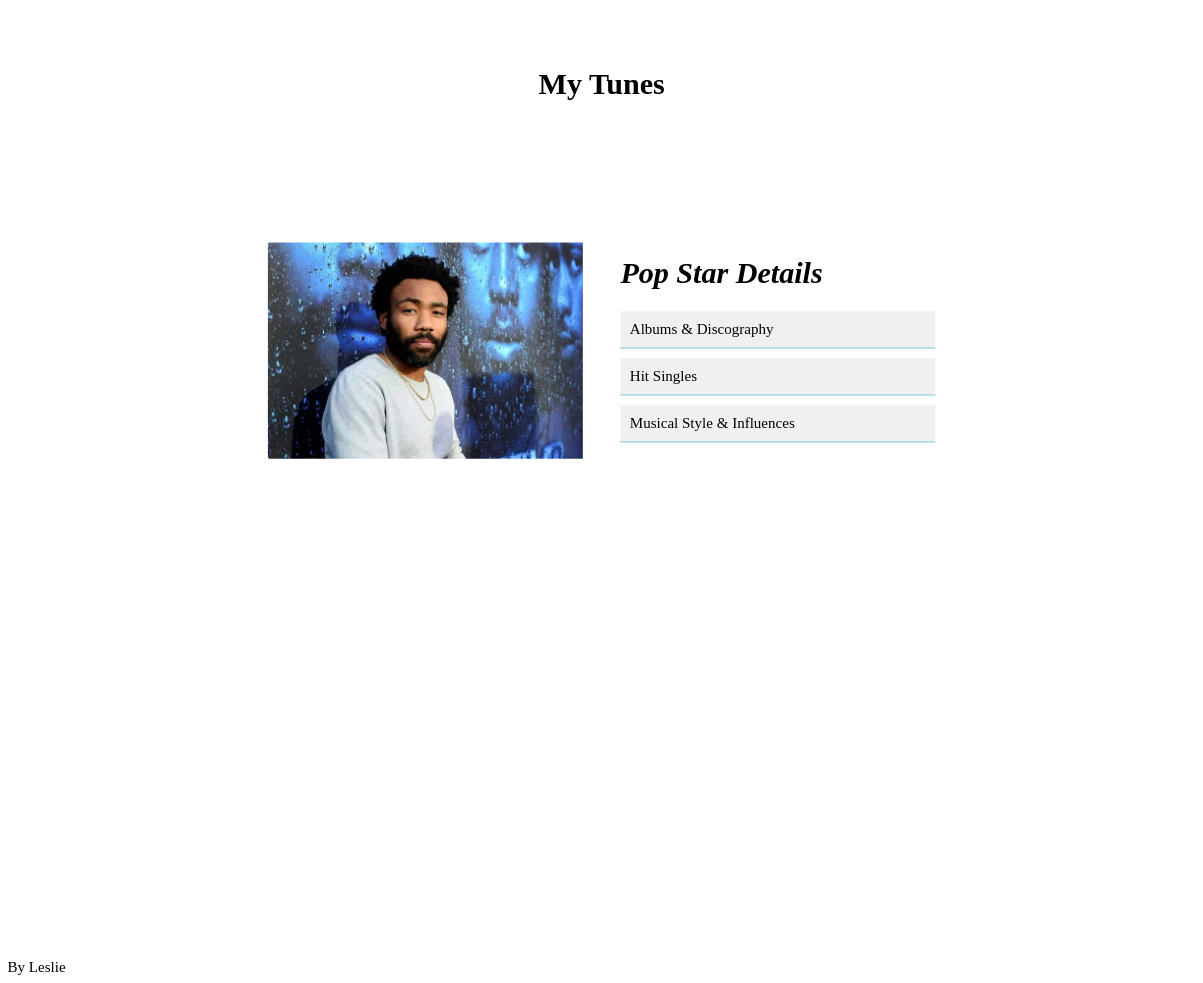
Repository: leslie179/labOne
Page: /
These files come from the project's save history. The page is drawn as it stood at one moment and after the next save; the edit follows.
The browser window is 1280 px wide. The pictures show the whole page, at 94% of full size.
The project was rebuilt for these pictures with package versions that can differ from the ones it lists, and the page was loaded fresh each time. The framework's server and built-in components were replaced by stand-ins that run in the browser. Also part of the build but not shown: next.config.js, components/Footer/Footer.module.css.

Above is the page before, as saved 2024-09-15 22:40:49.

After the next save:
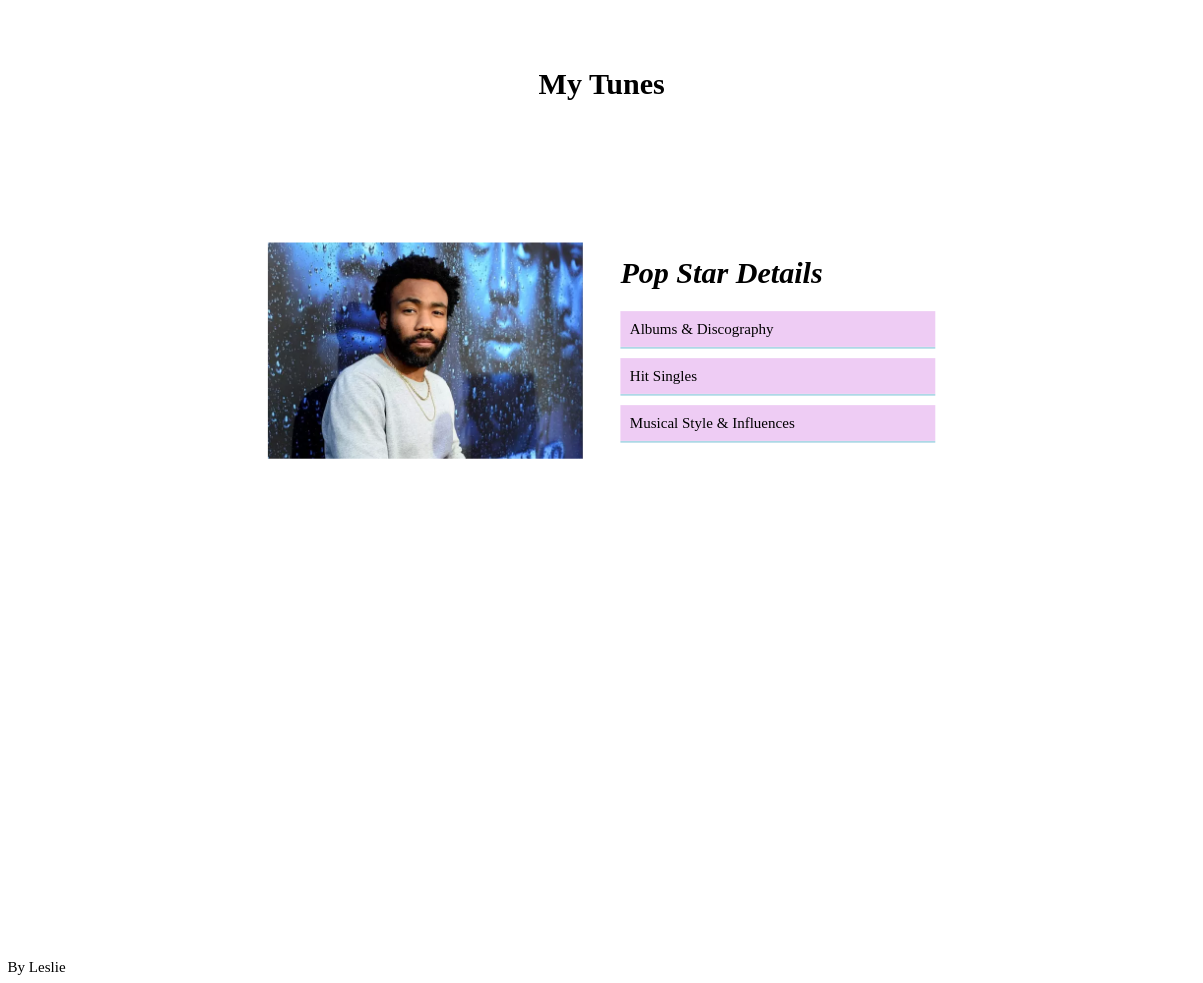
Saved 12 s later.
--- a/components/RightComponent/RightComponent.module.css
+++ b/components/RightComponent/RightComponent.module.css
@@ -16,7 +16,7 @@
 .title {
     cursor: pointer;
     padding: 10px;
-    background-color: #f0f0f0;
+    background-color: #eeccf4;
 }
 
 .content {
